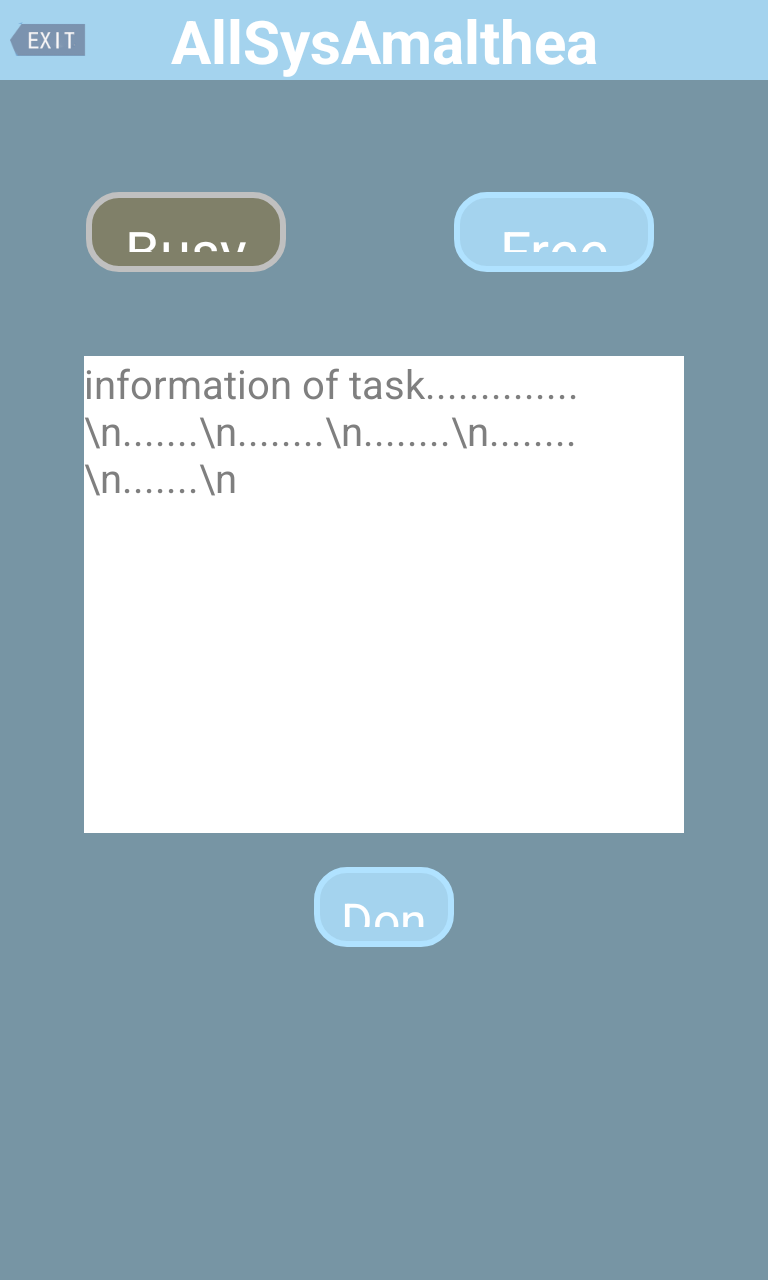
Repository: AllSysAmalthea/AllSys
Layout: APP/AppUI code/代码/Allsys/res/layout/activity_voluteer.xml
These files come from the project's save history. The layout is drawn as it stood at one moment and after the next save; the edit follows.
It is drawn on a 768 x 1280 px phone screen (xhdpi) without system bars, with theme android:Theme.NoTitleBar; the app's code is not run.

Above is the layout before, as saved 2015-06-08 02:53:09.

After the next save:
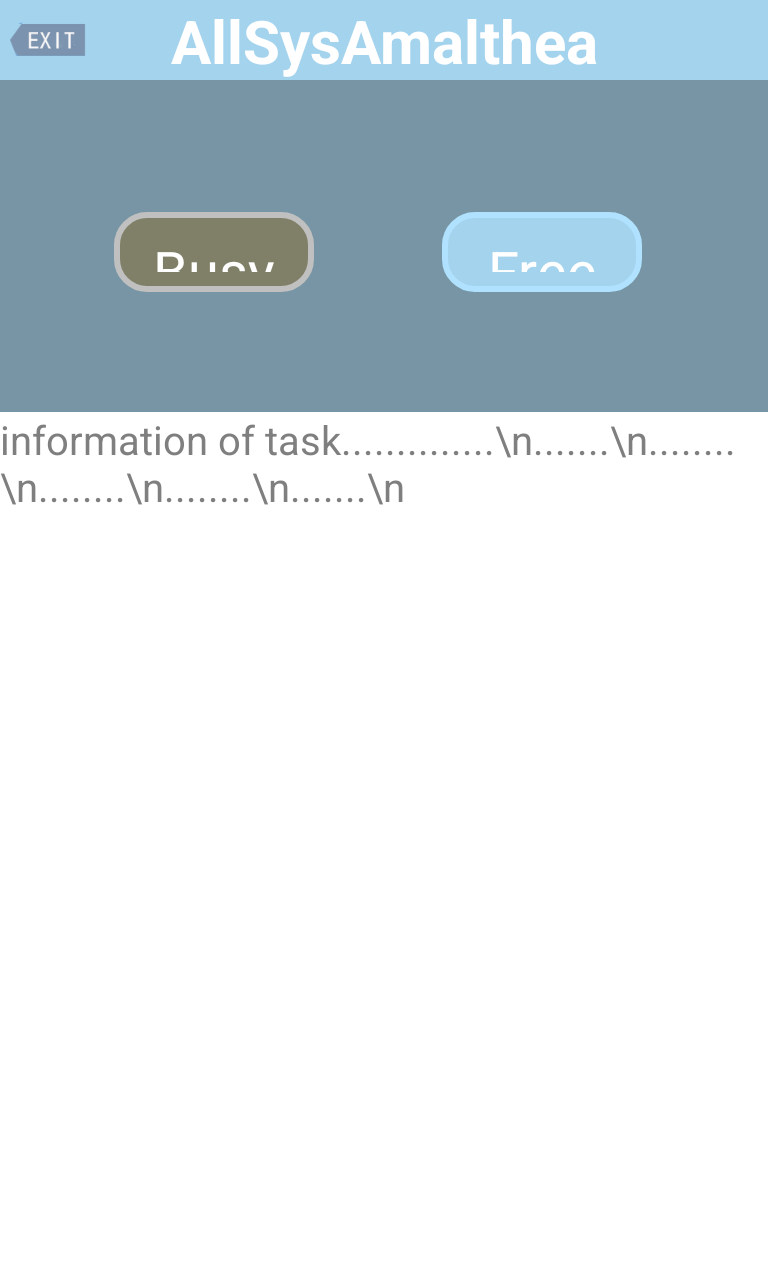
Saved 41 s later.
--- a/APP/AppUI code/代码/Allsys/res/layout/activity_voluteer.xml
+++ b/APP/AppUI code/代码/Allsys/res/layout/activity_voluteer.xml
@@ -47,11 +47,11 @@
 
 		<TextView
 		    android:id="@+id/businesscardsingle_content_abstract"
-		    android:layout_width="300dp"
-		    android:layout_height="wrap_content"
+		    android:layout_width="500dp"
+		    android:layout_height="500dp"
 		    android:layout_below="@+id/Busy"
 		    android:layout_centerHorizontal="true"
-		    android:layout_marginTop="42dp"
+		    android:layout_marginTop="60dp"
 		    android:background="#ffffff"
 		    android:lineSpacingMultiplier="1.0"
 		    android:lines="10"
@@ -72,27 +72,28 @@
 		    android:textSize="24sp" />
 
 		<Button
+		    android:id="@+id/Busy"
+		    android:layout_width="200px"
+		    android:layout_height="80px"
+		    android:layout_alignParentLeft="true"
+		    android:layout_below="@+id/linearLayout1"
+		    android:layout_marginLeft="57dp"
+		    android:layout_marginTop="62dp"
+		    android:background="@drawable/shape"
+		    android:text="Busy"
+		    android:textColor="#ffffff"
+		    android:textSize="28sp" />
+
+		<Button
 		    android:id="@+id/Free"
 		    android:layout_width="200px"
 		    android:layout_height="80px"
 		    android:layout_above="@+id/businesscardsingle_content_abstract"
-		    android:layout_toRightOf="@+id/Done"
+		    android:layout_alignParentRight="true"
+		    android:layout_marginRight="63dp"
 		    android:background="@drawable/shape3"
 		    android:text="Free"
 		    android:textColor="#ffffff"
 		    android:textSize="28sp" />
 
-		<Button
-		    android:id="@+id/Busy"
-		    android:layout_width="200px"
-		    android:layout_height="80px"
-		    android:layout_alignRight="@+id/Done"
-		    android:layout_below="@+id/linearLayout1"
-		    android:layout_marginRight="84dp"
-		    android:layout_marginTop="52dp"
-		    android:background="@drawable/shape"
-		    android:text="Busy"
-		    android:textColor="#ffffff"
-		    android:textSize="28sp" />
-
 </RelativeLayout>
